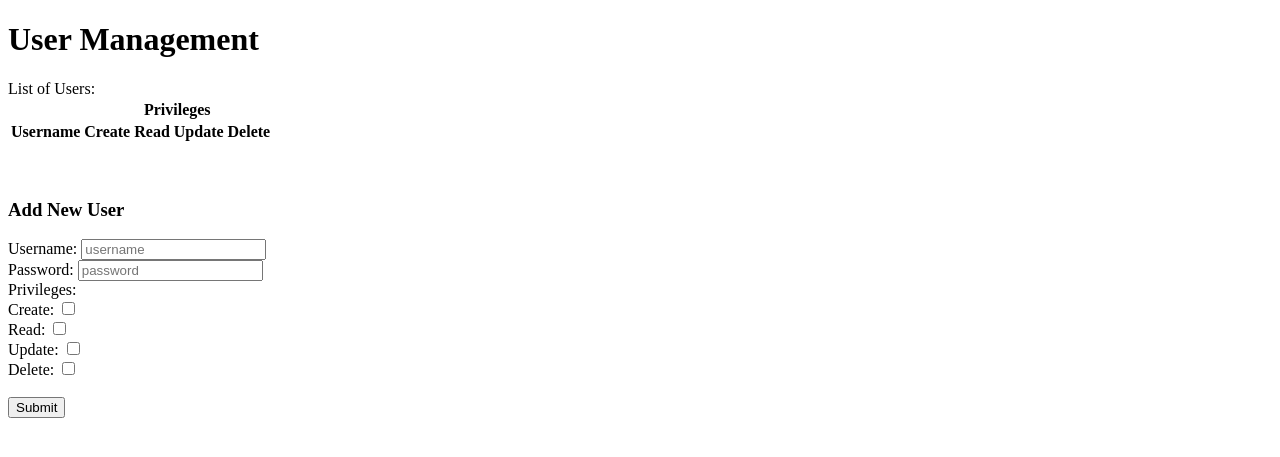
Repository: danalenvargas/TrainingWorkspace
Page: http://localhost/CaseStudyDraft/usermanagement.jsp
The author's editor kept a copy of each file at every save. The page is drawn from the files as they stood at one save, then again after the next save.
The browser window is 1280 px wide. The pictures show the whole page.
The page is served by Tomcat 9. Other server files are loaded and not shown.

Above is the page before, as saved 2018-08-27 05:13:27.

### CaseStudyDraft/WebContent/usermanagement.jsp
<%@ taglib prefix = "c" uri = "http://java.sun.com/jsp/jstl/core" %>
<%@ page language="java" contentType="text/html; charset=ISO-8859-1"
    pageEncoding="ISO-8859-1"%>
<!DOCTYPE html PUBLIC "-//W3C//DTD HTML 4.01 Transitional//EN" "http://www.w3.org/TR/html4/loose.dtd">
<html>
<head>
<meta http-equiv="Content-Type" content="text/html; charset=ISO-8859-1">
<title>User Management</title>
</head>
<body>
<h1>User Management</h1>
List of Users: <br>
<table>
	<tr>
		<th></th>
		<th colspan="4">Privileges</th>
	</tr>
	<tr>
		<th>Username</th>
		<th>Create</th>
		<th>Read</th>
		<th>Update</th>
		<th>Delete</th>
	</tr>
	<c:forEach items="${userList}" var="account">
		<tr>
			<td onclick="showUserDetails();">${account.username}</td>
			<td>${account.canCreate}</td>
			<td>${account.canRead}</td>
			<td>${account.canUpdate}</td>
			<td>${account.canDelete}</td>
		</tr>
	</c:forEach>
</table>
<br><br>
<h3>Add New User</h3>
<form action="UserManagement" method="post">
	Username: <input type="text" name="username" placeholder="username"><br>
	Password: <input type="password" name="password" placeholder="password"><br>
	Privileges:<br>
	Create: <input type="checkbox" name="canCreate" value="1"><br>
	Read: <input type="checkbox" name="canRead" value="1"><br>
	Update: <input type="checkbox" name="canUpdate" value="1"><br>
	Delete: <input type="checkbox" name="canDelete" value="1"><br>
	<br>
	<input type="hidden" name="action" value="addUser">
	<input type="submit" value="Submit">
</form>
</body>
</html>

After the next save:
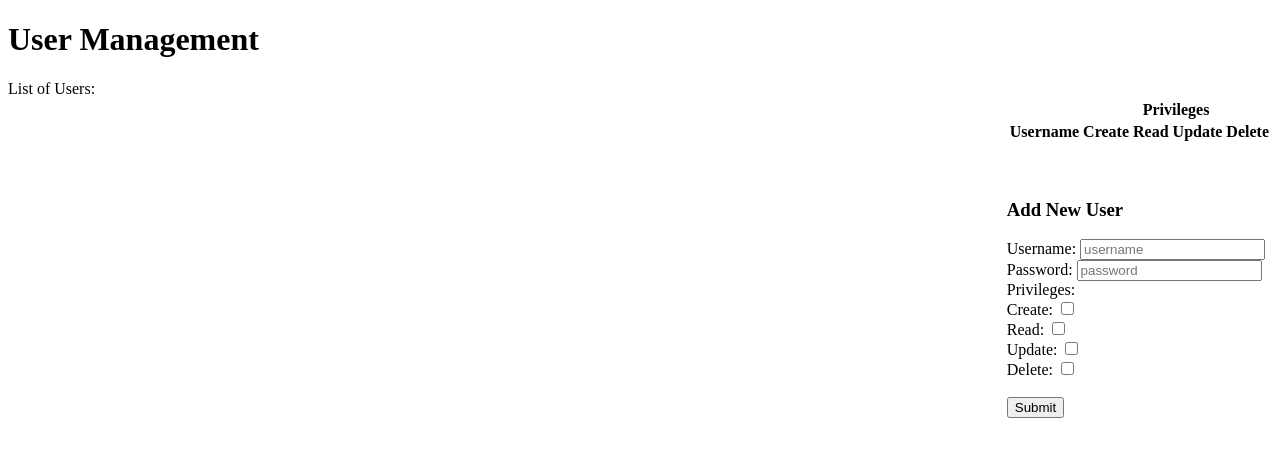
Saved 2 min 14 s later.
--- a/CaseStudyDraft/WebContent/usermanagement.jsp
+++ b/CaseStudyDraft/WebContent/usermanagement.jsp
@@ -10,41 +10,43 @@
 <body>
 <h1>User Management</h1>
 List of Users: <br>
-<table>
-	<tr>
-		<th></th>
-		<th colspan="4">Privileges</th>
-	</tr>
-	<tr>
-		<th>Username</th>
-		<th>Create</th>
-		<th>Read</th>
-		<th>Update</th>
-		<th>Delete</th>
-	</tr>
-	<c:forEach items="${userList}" var="account">
+<div style="float:right;">
+	<table>
 		<tr>
-			<td onclick="showUserDetails();">${account.username}</td>
-			<td>${account.canCreate}</td>
-			<td>${account.canRead}</td>
-			<td>${account.canUpdate}</td>
-			<td>${account.canDelete}</td>
+			<th></th>
+			<th colspan="4">Privileges</th>
 		</tr>
-	</c:forEach>
-</table>
-<br><br>
-<h3>Add New User</h3>
-<form action="UserManagement" method="post">
-	Username: <input type="text" name="username" placeholder="username"><br>
-	Password: <input type="password" name="password" placeholder="password"><br>
-	Privileges:<br>
-	Create: <input type="checkbox" name="canCreate" value="1"><br>
-	Read: <input type="checkbox" name="canRead" value="1"><br>
-	Update: <input type="checkbox" name="canUpdate" value="1"><br>
-	Delete: <input type="checkbox" name="canDelete" value="1"><br>
-	<br>
-	<input type="hidden" name="action" value="addUser">
-	<input type="submit" value="Submit">
-</form>
+		<tr>
+			<th>Username</th>
+			<th>Create</th>
+			<th>Read</th>
+			<th>Update</th>
+			<th>Delete</th>
+		</tr>
+		<c:forEach items="${userList}" var="account">
+			<tr>
+				<td onclick="showUserDetails();">${account.username}</td>
+				<td>${account.canCreate}</td>
+				<td>${account.canRead}</td>
+				<td>${account.canUpdate}</td>
+				<td>${account.canDelete}</td>
+			</tr>
+		</c:forEach>
+	</table>
+	<br><br>
+	<h3>Add New User</h3>
+	<form action="UserManagement" method="post">
+		Username: <input type="text" name="username" placeholder="username"><br>
+		Password: <input type="password" name="password" placeholder="password"><br>
+		Privileges:<br>
+		Create: <input type="checkbox" name="canCreate" value="1"><br>
+		Read: <input type="checkbox" name="canRead" value="1"><br>
+		Update: <input type="checkbox" name="canUpdate" value="1"><br>
+		Delete: <input type="checkbox" name="canDelete" value="1"><br>
+		<br>
+		<input type="hidden" name="action" value="addUser">
+		<input type="submit" value="Submit">
+	</form>
+</div>
 </body>
 </html>

After the save that followed:
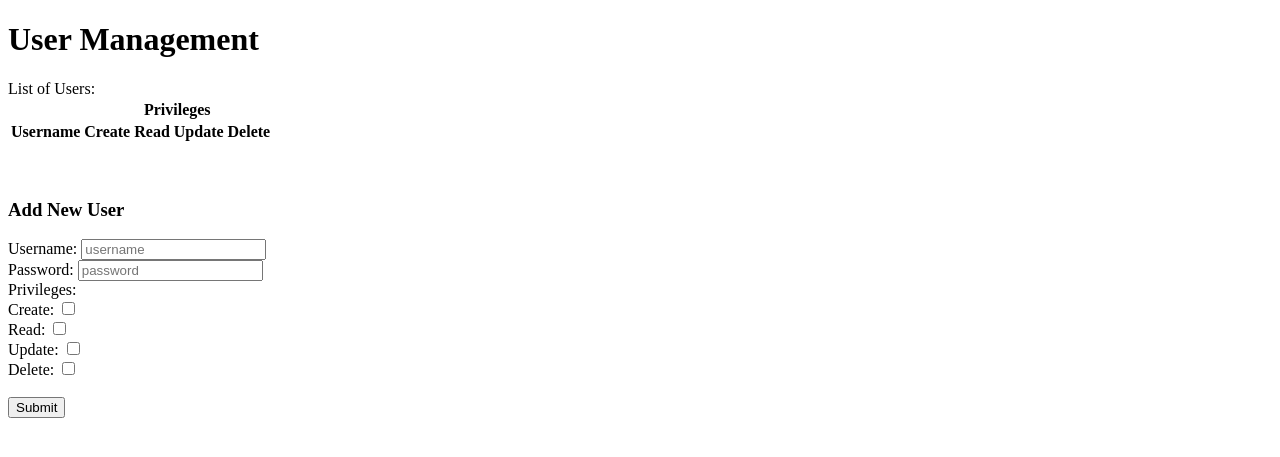
Saved 12 s later.
--- a/CaseStudyDraft/WebContent/usermanagement.jsp
+++ b/CaseStudyDraft/WebContent/usermanagement.jsp
@@ -10,7 +10,7 @@
 <body>
 <h1>User Management</h1>
 List of Users: <br>
-<div style="float:right;">
+<div style="float:left;">
 	<table>
 		<tr>
 			<th></th>
